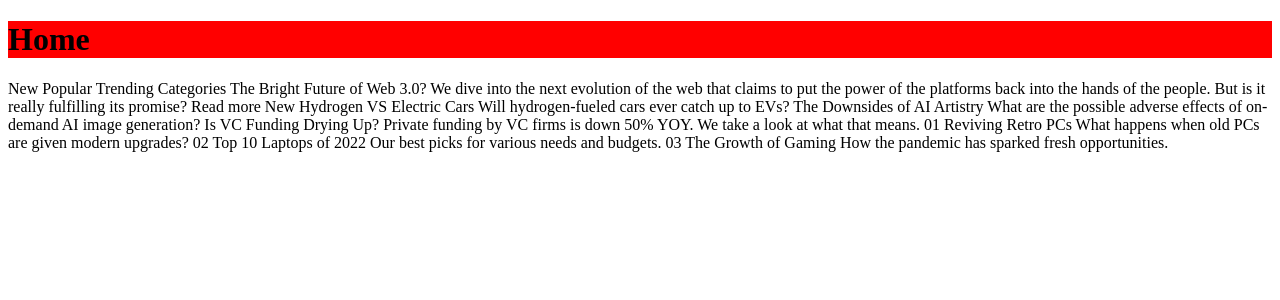
Repository: Arkitecth/news-webpage
Page: index.html
These files come from the project's save history. The page is drawn as it stood at one moment and after the next save; the edit follows.
The browser window is 1280 px wide. The pictures show the whole page.

Above is the page before, as saved 2023-06-06 16:30:46.

After the next save:
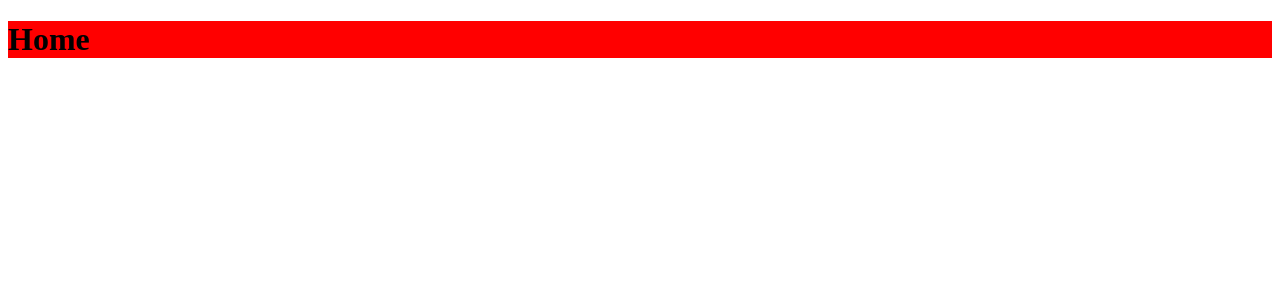
Saved 19 s later.
--- a/index.html
+++ b/index.html
@@ -10,7 +10,7 @@
 <body>
 
   <h1> Home </h1>
-  New
+  <!-- New
   Popular
   Trending
   Categories
@@ -43,6 +43,6 @@
 
   03
   The Growth of Gaming
-  How the pandemic has sparked fresh opportunities.
+  How the pandemic has sparked fresh opportunities. -->
 </body>
 </html>
